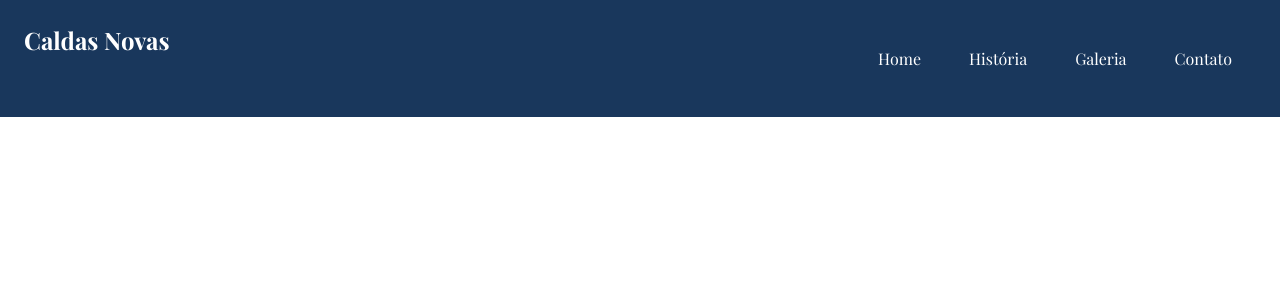
Repository: AbiezerSidonioJoseOdanacaJunior/DesafioLocalTuristico
Page: index.html
These files come from the project's save history. The page is drawn as it stood at one moment and after the next save; the edit follows.
The browser window is 1280 px wide. The pictures show the whole page.
Some web fonts or font styles are not loaded; a fallback is used.

Above is the page before, as saved 2024-11-10 23:24:46.

After the next save:
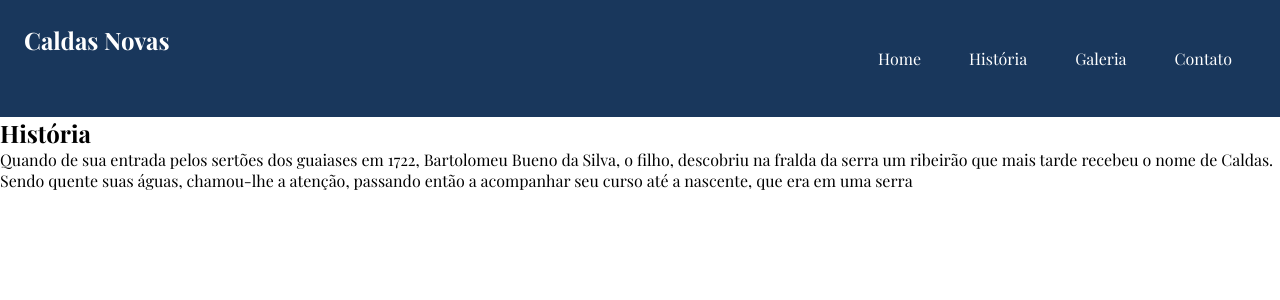
Saved 15 h 52 min later.
--- a/index.html
+++ b/index.html
@@ -22,7 +22,12 @@
             </ul>
         </nav>
         <main>
-
+            <section id="history">
+                <h1>História</h1>
+                <p>
+                    Quando de sua entrada pelos sertões dos guaiases em 1722, Bartolomeu Bueno da Silva, o filho, descobriu na fralda da serra um ribeirão que mais tarde recebeu o nome de Caldas. Sendo quente suas águas, chamou-lhe a atenção, passando então a acompanhar seu curso até a nascente, que era em uma serra
+                </p>
+            </section>
         </main>
     </div>
 
